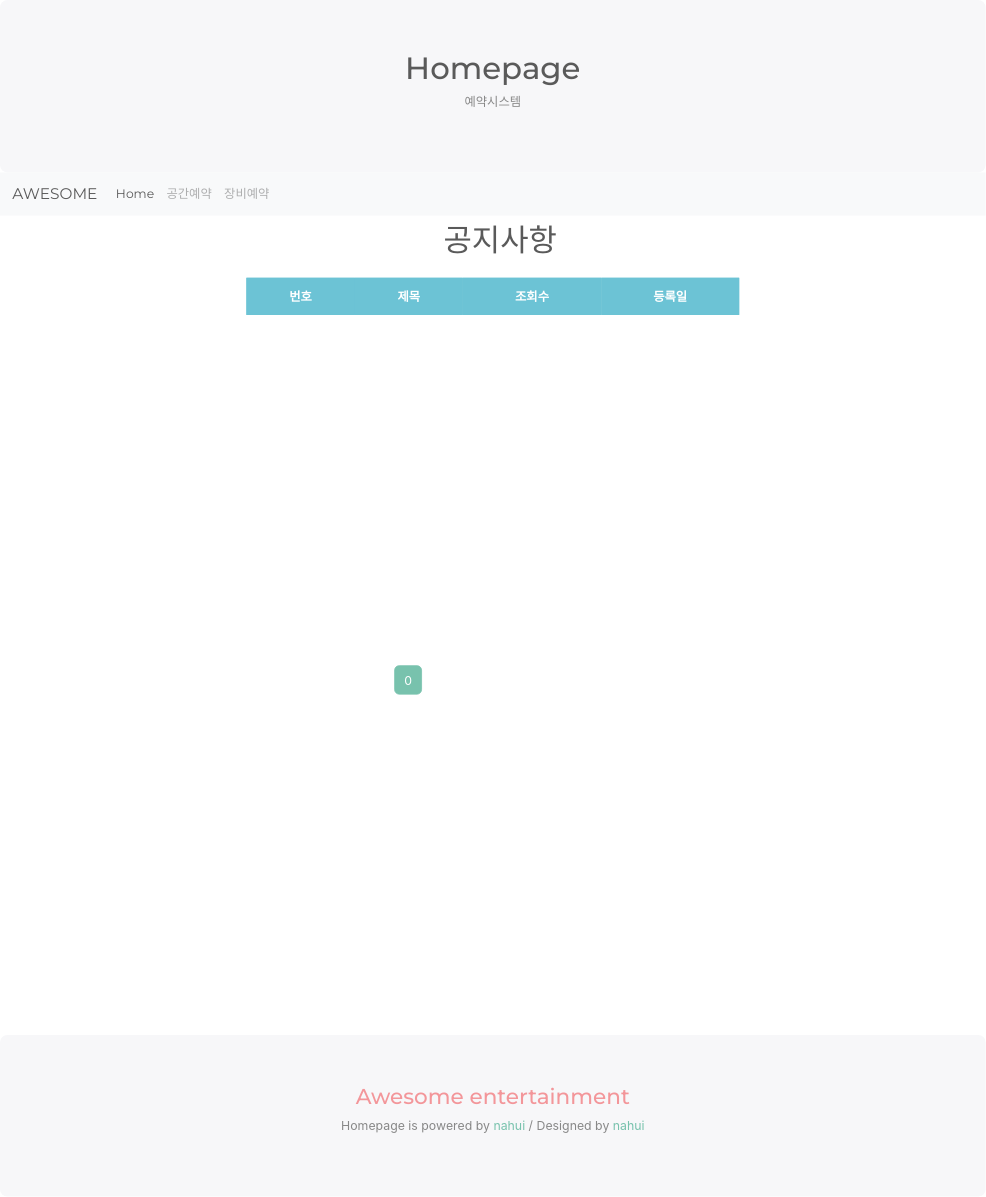
Repository: Nahui068/project1
Page: http://localhost/project1/WEB-INF/views/main.jsp
An editor plug-in stored every save of this project. The page is shown before and after the next save, followed by the edit.
The browser window is 1280 px wide. The pictures show the whole page, at 77% of full size.
The page is served by Tomcat 9. Nobody is signed in. Other server files are loaded and not shown. The template is opened directly, without the code that normally fills it, so the values that code supplies are empty.

Above is the page before, as saved 2021-01-18 06:48:16.

### project1/src/main/webapp/WEB-INF/views/main.jsp
<%@ page language="java" contentType="text/html; charset=UTF-8"
    pageEncoding="UTF-8"%>
<%@ taglib prefix="c" uri="http://java.sun.com/jsp/jstl/core" %>
<%@ taglib prefix="fmt" uri="http://java.sun.com/jsp/jstl/fmt" %>
<%@ include file="/WEB-INF/views/include/header.jsp" %>

<script>

//이전 버튼 이벤트

function fn_prev(page, range, rangeSize) {

		var page = ((range - 2) * rangeSize) + 1;
		var range = range - 1;


		var url =  "${pageContext.request.contextPath}/board_select";
		url = url + "?page=" + page;
		url = url + "&range=" + range;

		location.href = url;
	}


//페이지 번호 클릭

function fn_pagination(page, range, rangeSize, searchType, keyword) {

		var url = "${pageContext.request.contextPath}/board_select";
		url = url + "?page=" + page;
		url = url + "&range=" + range;

		location.href = url;

	}

//다음 버튼 이벤트

	function fn_next(page, range, rangeSize) {

		var page = parseInt((range * rangeSize)) + 1;
		var range = parseInt(range) + 1;

		var url =  "${pageContext.request.contextPath}/board_select";

		url = url + "?page=" + page;
		url = url + "&range=" + range;

		location.href = url;

	}

</script>


<!DOCTYPE html>
<html>
<head>
	<link href="resources/css/bootstrap.min.css" rel="stylesheet" type="text/css">
	<meta charset="UTF-8">
	<title>메인화면</title>
</head>
<body>
	<h1 style="position:absolute; top:40%; left:45%;">공지사항</h1>
	<table class="table table-hover" style="position:absolute; top:50%; left:25%; width:50%;">
		<tr class="table-info" style="text-align:center;">
			<th>번호</th>
			<th>제목</th>
			<th>조회수</th>
			<th>등록일</th>
		</tr>
	<c:forEach var="list" items="${boardList}">
		<tr class="table-light" style="text-align:center;">
			<td>${list.num}</td>
			<td><a href="/project1/content?num=${list.num}&title=${list.title}">${list.title}</a></td>
			<td>${list.readcount}</td>
			<fmt:formatDate var="dateTempParse" pattern="yyyy-MM-dd" value="${list.reg}"/>
			<td><c:out value="${dateTempParse}"></c:out></td>
		</tr>
	</c:forEach>



		<ul class="pagination" style="position:absolute; top:120%; left:40%; width:50%;">
			<c:if test="${pagination.prev}">

				<li class="page-item"><a class="page-link" href="#" onClick="fn_prev('${pagination.page}', '${pagination.range}', '${pagination.rangeSize}')">Previous</a></li>

			</c:if>


			<c:forEach begin="${pagination.startPage}" end="${pagination.endPage}" var="idx">

				<li class="page-item <c:out value="${pagination.page == idx ? 'active' : ''}"/> "><a class="page-link" href="#" onClick="fn_pagination('${idx}', '${pagination.range}', '${pagination.rangeSize}')"> ${idx} </a></li>

			</c:forEach>


			<c:if test="${pagination.next}">

				<li class="page-item"><a class="page-link" href="#" onClick="fn_next('${pagination.page}','${pagination.range}', '${pagination.rangeSize}')" >Next</a></li>

			</c:if>

		</ul>
		</table>
<%@ include file="/WEB-INF/views/include/footer.jsp" %>
</body>
</html>

### project1/src/main/webapp/WEB-INF/views/include/header.jsp
<%@ page language="java" contentType="text/html; charset=UTF-8"
    pageEncoding="UTF-8"%>
<%@ taglib prefix="c" uri="http://java.sun.com/jsp/jstl/core" %>

<!DOCTYPE html>
<html>
<head>
	<meta charset="UTF-8">
	<meta name="viewport" content="width=device-width, initial-scale=1">

	<!-- JS -->
	<script src="https://ajax.googleapis.com/ajax/libs/jquery/3.3.1/jquery.min.js"></script>
	<script src="https://cdnjs.cloudflare.com/ajax/libs/popper.js/1.14.3/umd/popper.min.js"></script>
	<script src="https://maxcdn.bootstrapcdn.com/bootstrap/4.1.3/js/bootstrap.min.js"></script>


</head>
<body>
	<div class="jumbotron text-center mb-0">
		<a href="/project1/board_select"><h1>Homepage</h1></a>
		<p>예약시스템</p>
	</div>
	<nav class="navbar navbar-expand-lg navbar-light bg-light">
  <a class="navbar-brand" href="/project1/board_select">AWESOME</a>
  <button class="navbar-toggler" type="button" data-toggle="collapse" data-target="#navbarColor03" aria-controls="navbarColor03" aria-expanded="false" aria-label="Toggle navigation">
    <span class="navbar-toggler-icon"></span>
  </button>

  <div class="collapse navbar-collapse" id="navbarColor03">
    <ul class="navbar-nav mr-auto">
      <li class="nav-item active">
        <a class="nav-link" href="/project1/board_select">Home
          <span class="sr-only">(current)</span>
        </a>
      </li>
<!--       <li class="nav-item">
        <a class="nav-link" href="#">예약현황</a>
      </li> -->
      <li class="nav-item">
        <a class="nav-link" href="/project1/reservation">공간예약</a>
      </li>
      <li class="nav-item">
        <a class="nav-link" href="/project1/eq_reservation">장비예약</a>
      </li>
      <c:if test="${sessionScope.id == 'admin'}">
	     <li class="nav-item dropdown">
	        <a class="nav-link dropdown-toggle" data-toggle="dropdown" href=# role="button" aria-haspopup="true" aria-expanded="false">관리자</a>
	        <div class="dropdown-menu">
	          <a class="dropdown-item" href="/project1/admin_board">게시글 관리</a> <!-- 게시글 등록 및 목록(수정,삭제) -->
	          <a class="dropdown-item" href="/project1/memberList">직원관리</a> <!-- 회원 등록, 수정, 삭제 -->
	          <!-- <a class="dropdown-item" href="#">Something else here</a>
	          <div class="dropdown-divider"></div>
	          <a class="dropdown-item" href="#">Separated link</a>
	        </div> -->
	      </li>
      </c:if>
    </ul>
 <c:if test="${sessionScope.id !=null}">
    ${sessionScope.id}&nbsp;&nbsp;
    <a href="/project1/updateCheck_form">정보수정</a>&nbsp;&nbsp;
    <a href="/project1/logout">로그아웃</a>

   </c:if>
 </div>

</nav>
</body>
</html>

### project1/src/main/webapp/WEB-INF/views/include/footer.jsp
<%@ page language="java" contentType="text/html; charset=UTF-8"
    pageEncoding="UTF-8"%>
<!DOCTYPE html>
<html>
<head>
<meta charset="UTF-8">
<link href="resources/css/bootstrap.min.css" rel="stylesheet" type="text/css">
<link href="resources/css/style-css.css" rel="stylesheet" type="text/css">
</head>
<body>
<!-- footer -->
<div id="footer" class="jumbotron text-center mt-5 mb-0" style="position:absolute;width:100%; top:180%;">
	<h3 class="text-secondary">Awesome entertainment</h3>
	<p>Homepage is powered by <span class="text-primary">nahui</span> / Designed by <span class="text-primary">nahui</span></p>
</div>

</body>
</html>

### project1/src/main/webapp/resources/css/style-css.css
@charset "UTF-8";

#stu_btn{
	margin-right:20px;
}

#meet_btn{
	margin-left:40px;
}

Loaded but not shown: project1/src/main/webapp/resources/css/bootstrap.min.css (library)

After the next save:
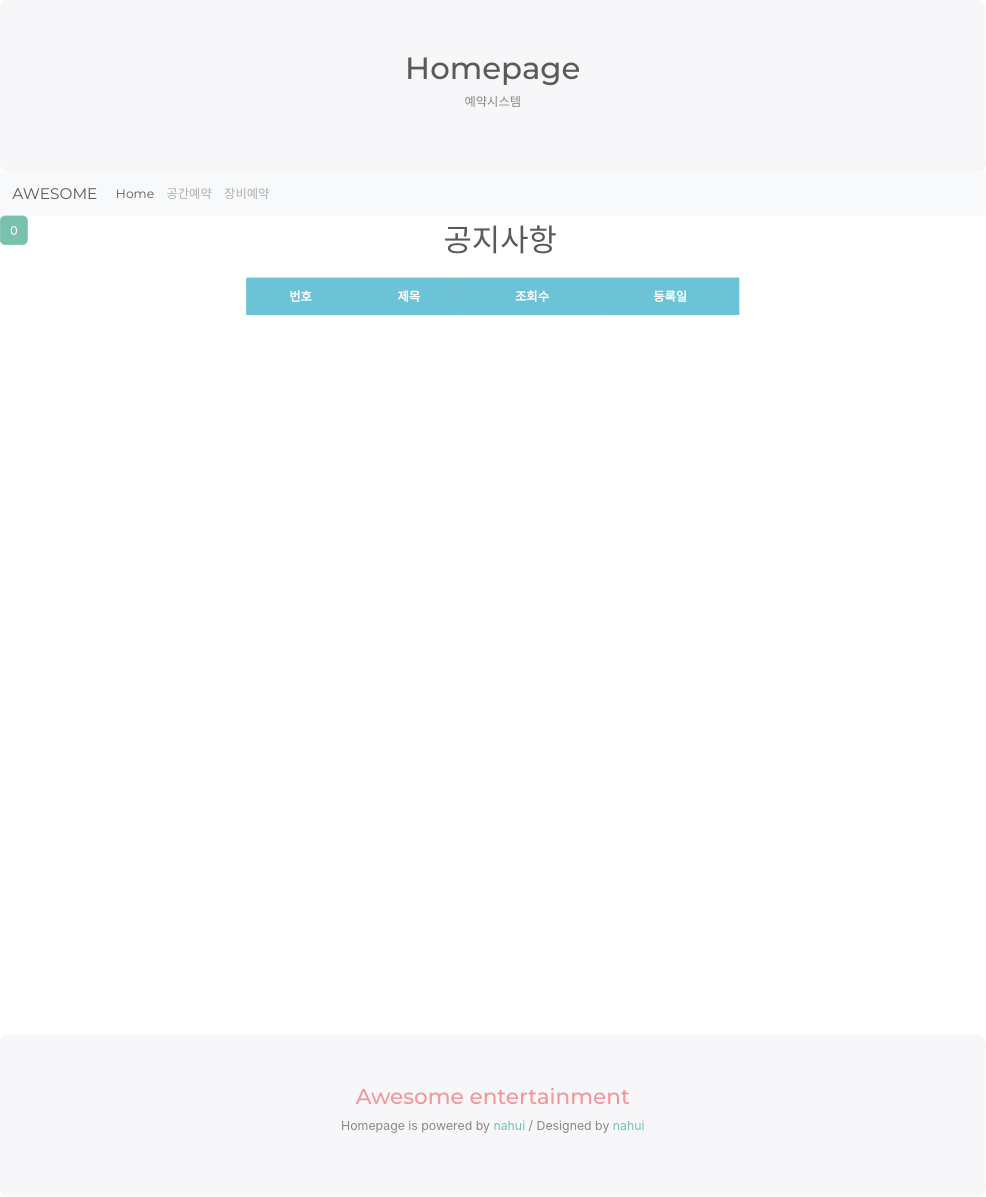
Saved 10 s later.
--- a/project1/src/main/webapp/WEB-INF/views/main.jsp
+++ b/project1/src/main/webapp/WEB-INF/views/main.jsp
@@ -81,7 +81,7 @@
 
 
 
-		<ul class="pagination" style="position:absolute; top:120%; left:40%; width:50%;">
+		<ul class="pagination" >
 			<c:if test="${pagination.prev}">
 
 				<li class="page-item"><a class="page-link" href="#" onClick="fn_prev('${pagination.page}', '${pagination.range}', '${pagination.rangeSize}')">Previous</a></li>

After the save that followed:
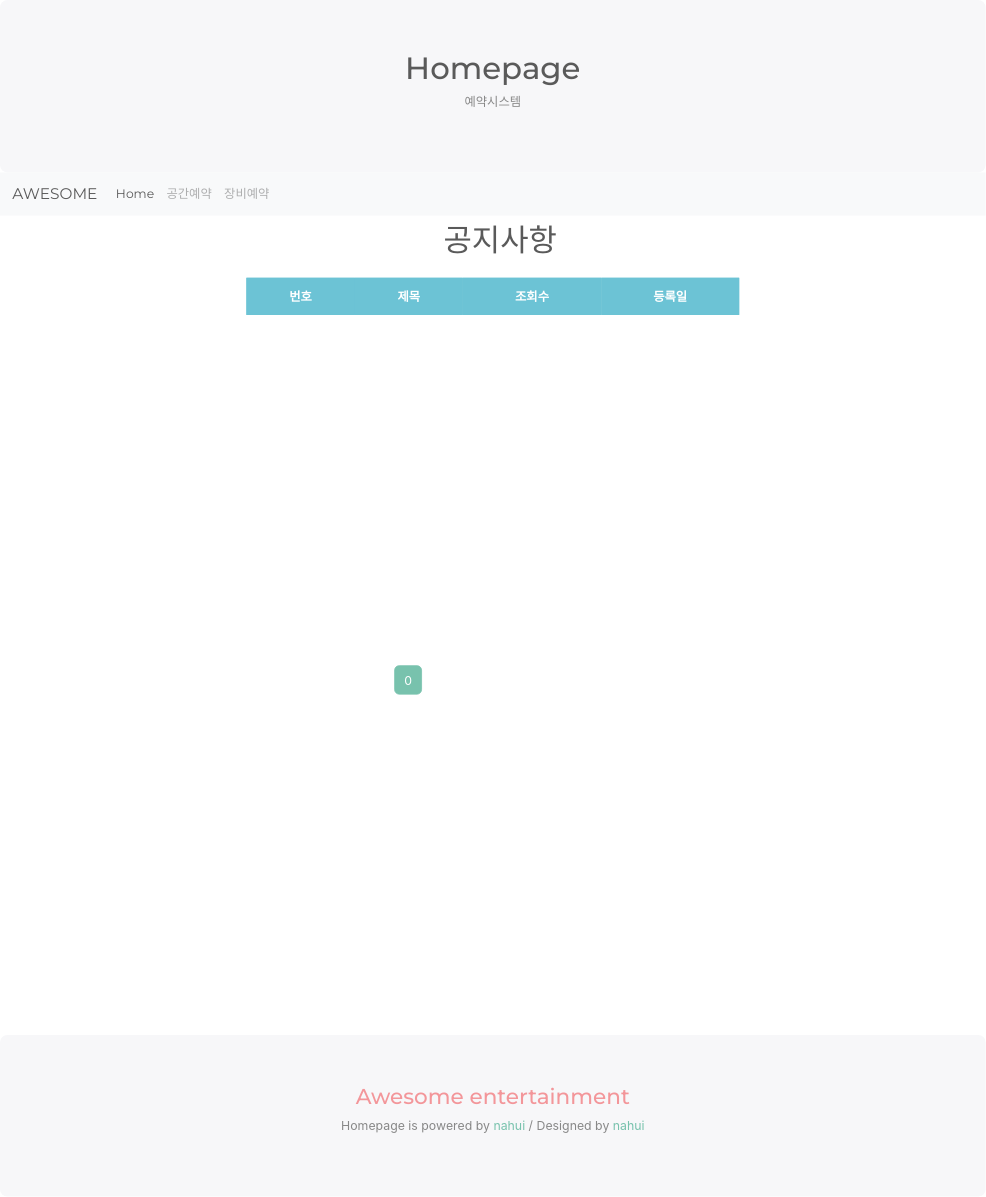
Saved 34 s later.
--- a/project1/src/main/webapp/WEB-INF/views/main.jsp
+++ b/project1/src/main/webapp/WEB-INF/views/main.jsp
@@ -80,8 +80,8 @@
 	</c:forEach>
 
 
-
-		<ul class="pagination" >
+		<tr>
+		<ul class="pagination" style="position:absolute; top:120%; left:40%; width:50%;">
 			<c:if test="${pagination.prev}">
 
 				<li class="page-item"><a class="page-link" href="#" onClick="fn_prev('${pagination.page}', '${pagination.range}', '${pagination.rangeSize}')">Previous</a></li>
@@ -103,6 +103,7 @@
 			</c:if>
 
 		</ul>
+		<tr>
 		</table>
 <%@ include file="/WEB-INF/views/include/footer.jsp" %>
 </body>
